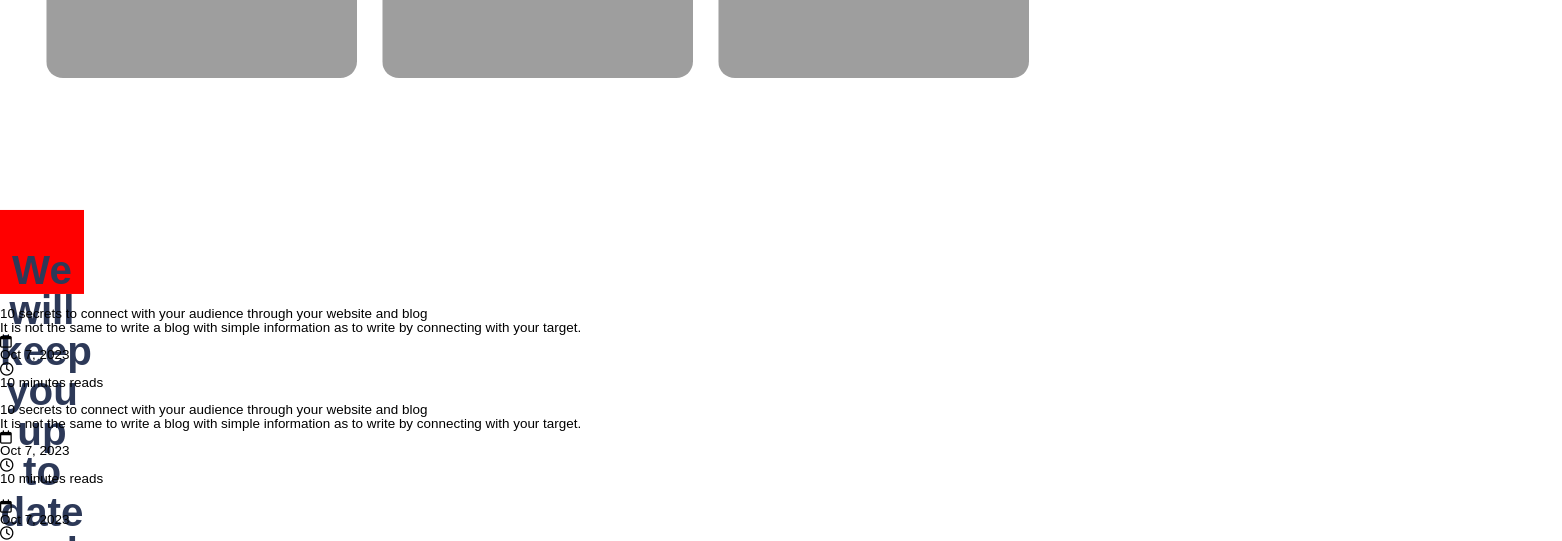
Repository: 0584386177/Clone
Page: src/page/pr.html
The author's editor kept a copy of each file at every save. The page is drawn from the files as they stood at one save, then again after the next save.
The browser window is 1280 px wide. The page is 1860 px wide, so the pictures cover 1860 px, including what lies to the right of the window. The pictures show the part of the page from y = 3169 to 3813 px (the page is 4285 px tall before and 3993 px after), at 84% of full size.
Pictures or frames that could not be fetched are drawn as grey boxes. The style sheet was rebuilt from its Sass, Less or Tailwind sources for each picture, by a compiler version that may differ from the author's.

Above is the page before, as saved 2023-10-09 11:15:59.

After the next save:
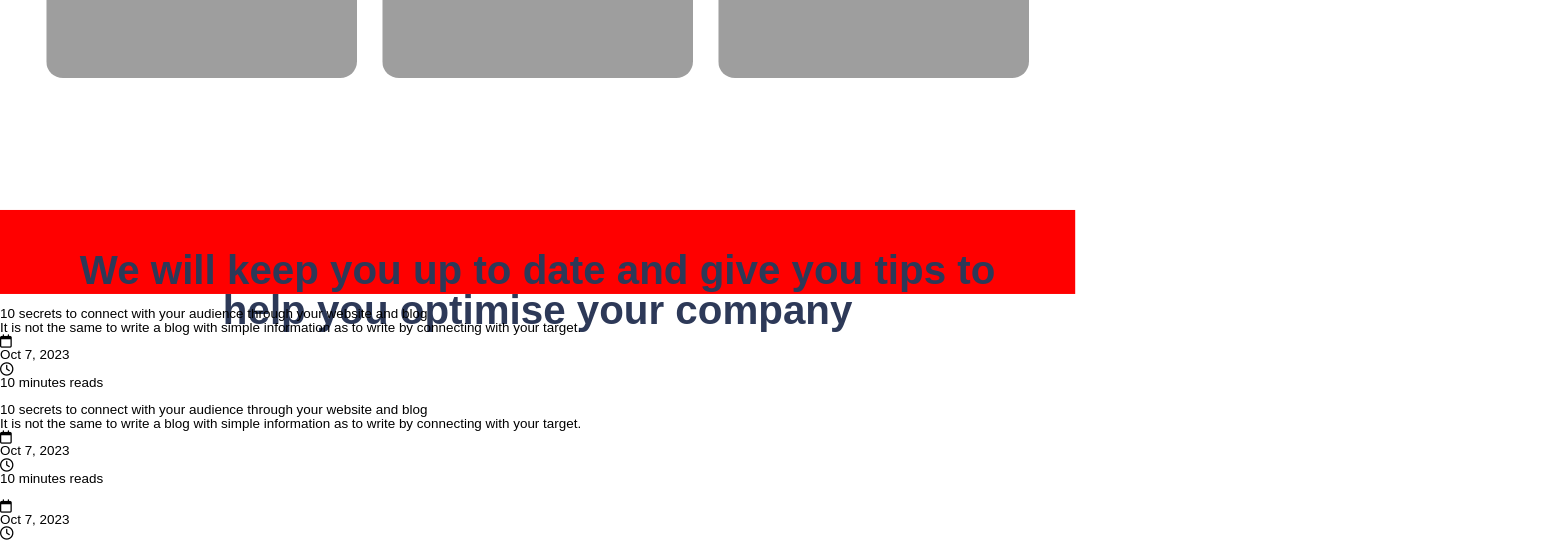
Saved 7 s later.
--- a/src/sass/HOME/post.scss
+++ b/src/sass/HOME/post.scss
@@ -7,7 +7,7 @@
 }
 
 .post--header{
-    width: 100px;
+    width: 100%;
    height: 100px;
     color: $primary--color;
     background-color: red;
